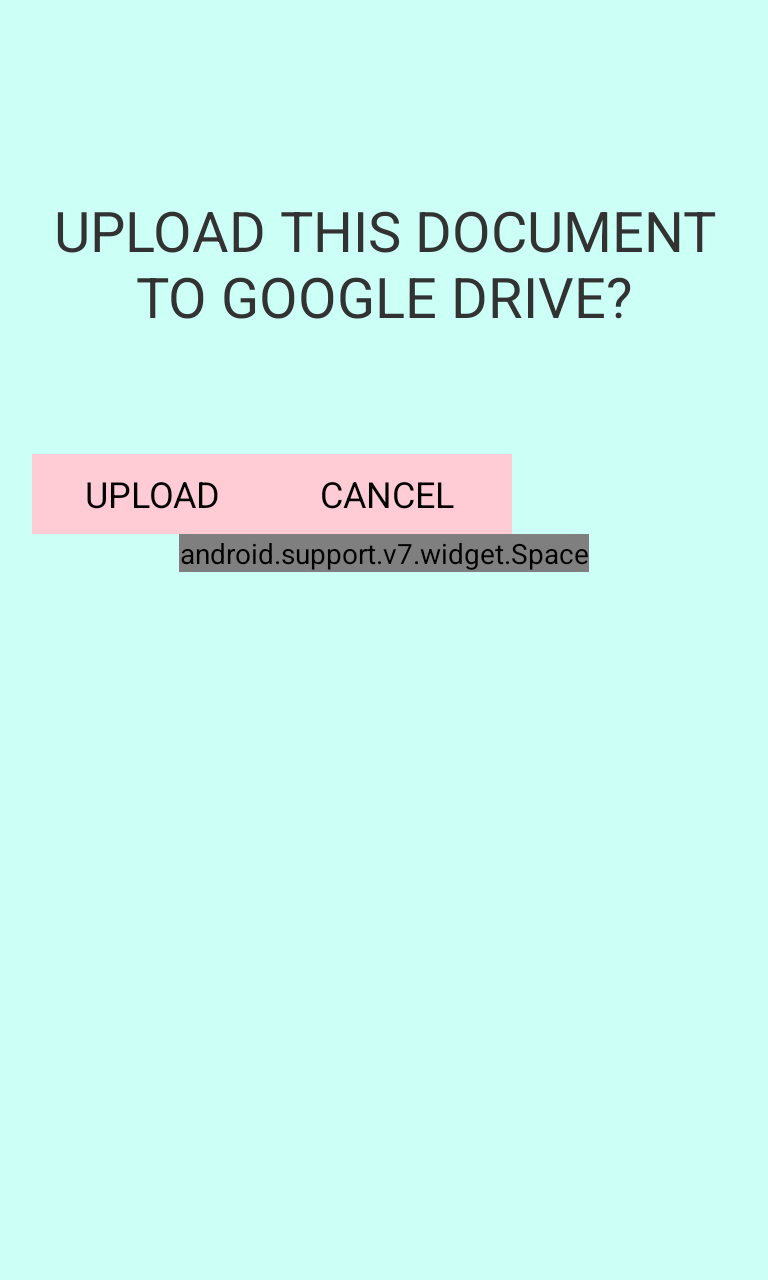
Repository: nick11roberts/Moka-Scanr
Layout: Document Uploader/res/layout/activity_preview.xml
An editor plug-in stored every save of this project. The layout is shown before and after the next save, followed by the edit.
Pictures or frames that could not be fetched are drawn as grey boxes. It is drawn on a 768 x 1280 px phone screen (xhdpi) without system bars, with theme android:Theme.Holo.Light.NoActionBar; the app's code is not run. The app's manifest (not shown) leaves right-to-left support off. So textAlignment, textDirection and layoutDirection are ignored, and left and right values win over start and end ones.

Above is the layout before, as saved 2014-05-31 00:52:11.

### Document Uploader/res/layout/activity_preview.xml
<LinearLayout xmlns:android="http://schemas.android.com/apk/res/android"
    xmlns:tools="http://schemas.android.com/tools"
    android:layout_width="match_parent"
    android:layout_height="match_parent"
    android:background="@color/bg_color"
    android:baselineAligned="true"
    android:gravity="center_horizontal"
    android:orientation="vertical"
    android:paddingBottom="@dimen/activity_vertical_margin"
    android:paddingLeft="@dimen/activity_horizontal_margin"
    android:paddingRight="@dimen/activity_horizontal_margin"
    android:paddingTop="@dimen/activity_vertical_margin"
    tools:context=".MainActivity" >

    <TextView
        android:layout_width="wrap_content"
        android:layout_height="wrap_content"
        android:paddingBottom="60dp"
        android:paddingTop="80dp"
        android:text="@string/preview_heading"
        android:textAlignment="center"
        android:gravity="center"
        android:textAllCaps="true"
        android:textSize="28sp" />

    <TableRow
        android:id="@+id/tableRow1"
        android:layout_width="fill_parent"
        android:layout_height="wrap_content"
        android:shrinkColumns="*"
		android:stretchColumns="*"  >

        <Button
            android:id="@+id/uploadButton"
            android:layout_width="120dp"
            android:layout_height="40dp"
            android:background="@color/button_color"
            android:gravity="center_vertical|center_horizontal"
            android:paddingLeft="5dp"
            android:paddingRight="5dp"
            android:text="@string/preview_button_upload"
            android:textAlignment="center"
             />

        <Button
            android:id="@+id/cancelButton"
            android:layout_width="120dp"
            android:layout_height="40dp"

            android:background="@color/button_color"
            android:paddingRight="5dp"
            android:text="@string/preview_button_cancel"
            android:textAlignment="center"
            android:marginLeft="10dp"/>

    </TableRow>

    <android.support.v7.widget.Space
        android:id="@+id/space1"
        android:layout_width="wrap_content"
        android:layout_height="wrap_content" />

</LinearLayout>

### Document Uploader/res/values/colors.xml
<?xml version="1.0" encoding="utf-8"?>
<resources>
   <color name="button_color">#FFCCD5</color>
   <color name="bg_color">#CCFFF6</color>
   <color name="border_color">#000000</color>
</resources>

### Document Uploader/res/values/strings.xml
<?xml version="1.0" encoding="utf-8"?>
<resources>

    <string name="app_name">PDF-Drive</string>
    <string name="action_settings">Settings</string>

    <!-- MAIN ACTIVITY -->
    <string name="main_heading">Upload a new PDF?</string>
    <string name="main_button_upload">BEGIN</string>

    <!-- OPTIONS ACTIVITY -->
    <string name="options_heading">Upload options</string>
    <string name="options_pages">Number of pages?</string>
    <string name="options_title">Title?</string>
    <string name="options_folder">Folder? (optional)</string>
    <string name="options_button_go">CONTINUE</string>

    <!-- PREVIEW ACTIVITY -->
    <string name="preview_heading">Upload this document to Google Drive?</string>
    <string name="preview_button_upload">UPLOAD</string>
    <string name="preview_button_cancel">CANCEL</string>

</resources>

Loaded but not shown: Document Uploader/res/values/dimens.xml (common file); Document Uploader/res/values-w820dp/dimens.xml (common file)

After the next save:
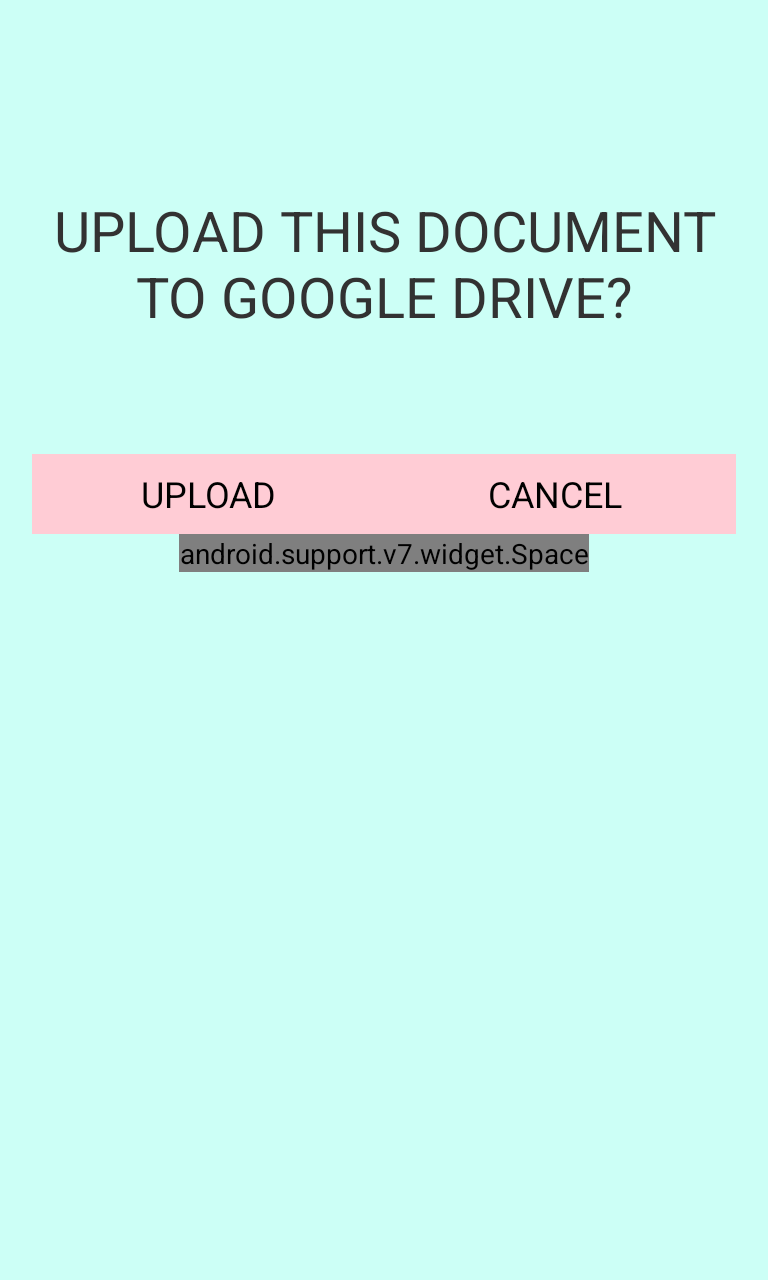
Saved 24 s later.
--- a/Document Uploader/res/layout/activity_preview.xml
+++ b/Document Uploader/res/layout/activity_preview.xml
@@ -40,18 +40,18 @@
             android:paddingRight="5dp"
             android:text="@string/preview_button_upload"
             android:textAlignment="center"
-             />
+            android:layout_weight=".25"android:marginRight="10dp"/>
 
         <Button
             android:id="@+id/cancelButton"
             android:layout_width="120dp"
             android:layout_height="40dp"
-
+            android:layout_weight=".25"
             android:background="@color/button_color"
             android:paddingRight="5dp"
             android:text="@string/preview_button_cancel"
             android:textAlignment="center"
-            android:marginLeft="10dp"/>
+            android:marginRight="10dp"/>
 
     </TableRow>
 
